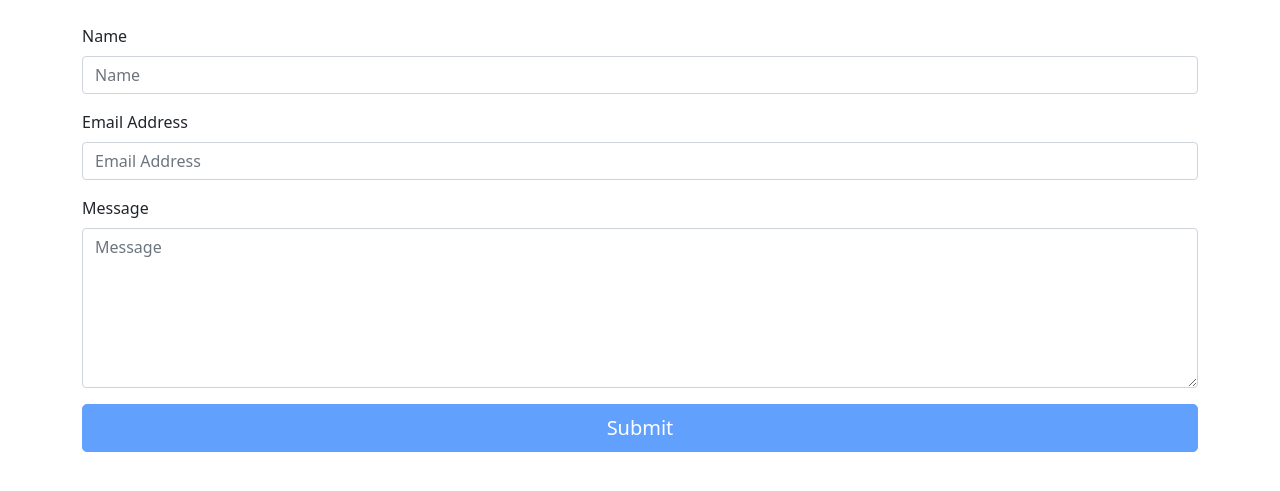
Repository: ahamie71/myfolio
Page: http://localhost/contact.php
The author's editor kept a copy of each file at every save. The page is drawn from the files as they stood at one save, then again after a run of saves.
The browser window is 1280 px wide. The pictures show the whole page.
The page is run by PHP 8.4 with error messages shown; the project is at /var/www/html/.

Above is the page before, as saved 2023-01-11 15:03:09.

After the next 4 saves:
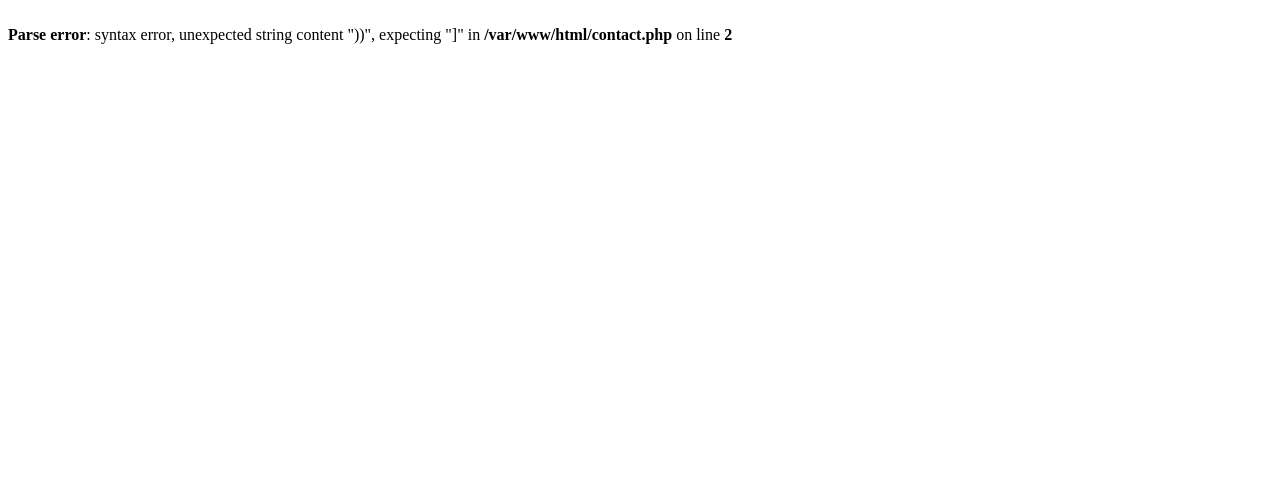
The 4 saves are shown as one change because they came seconds apart.
The last was saved 7 min 52 s later.
--- a/contact.php
+++ b/contact.php
@@ -1,5 +1,5 @@
 <?php
-
+ if(isset($_POST['))
 
 
 ?>
